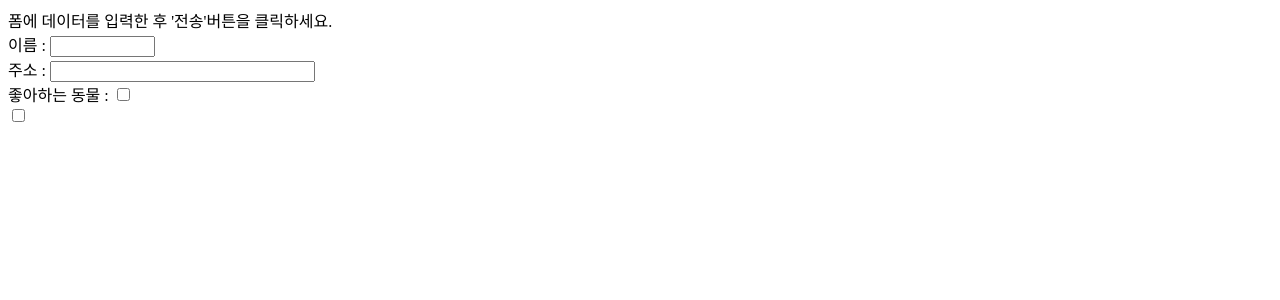
Repository: kr1124/jsp
Page: http://localhost/ServletProject/implicit/reqEx03.jsp
An editor plug-in stored every save of this project. The page is shown before and after the next save, followed by the edit.
The browser window is 1280 px wide. The pictures show the whole page.
The page is served by Tomcat 9. Other server files are loaded and not shown.

Above is the page before, as saved 2024-12-04 05:45:54.

### ServletProject/src/main/webapp/implicit/reqEx03.jsp
<%@ page language="java" contentType="text/html; charset=UTF-8"
    pageEncoding="UTF-8"%>
<!DOCTYPE html>
<html>
	<head>
		<meta charset="UTF-8">
		<title></title>
	</head>
	<body>
		폼에 데이터를 입력한 후 '전송'버튼을 클릭하세요.
		<form action="viewParameter.jsp" method="post" >
			이름 : <input type="text" name="name" size="10"><br>
			주소 : <input type="text" name="address" size="30"><br>
			좋아하는 동물 :
				<input type="checkbox" name="pet" value="cat"><br>
				<input type="checkbox" name="pet" value="dog"><br>
		</form>
	</body>
</html>

After the next save:
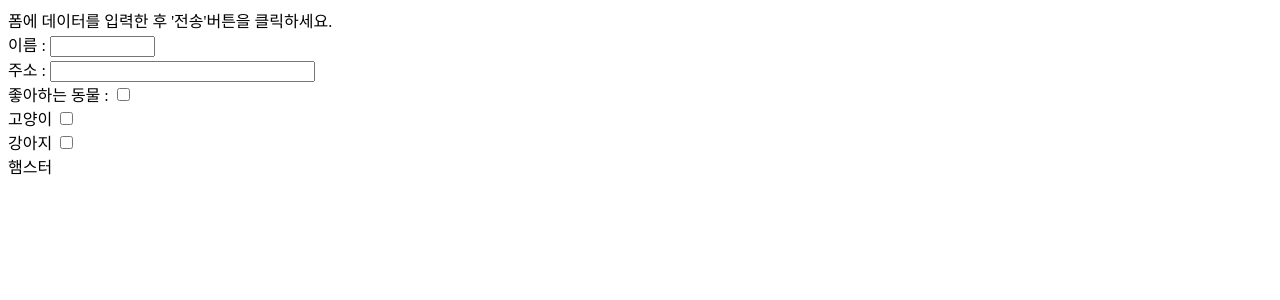
Saved 32 s later.
--- a/ServletProject/src/main/webapp/implicit/reqEx03.jsp
+++ b/ServletProject/src/main/webapp/implicit/reqEx03.jsp
@@ -12,8 +12,9 @@
 			이름 : <input type="text" name="name" size="10"><br>
 			주소 : <input type="text" name="address" size="30"><br>
 			좋아하는 동물 :
-				<input type="checkbox" name="pet" value="cat"><br>
-				<input type="checkbox" name="pet" value="dog"><br>
+				<input type="checkbox" name="pet" value="cat"><br>고양이
+				<input type="checkbox" name="pet" value="dog"><br>강아지
+				<input type="checkbox" name="pet" value="ham"><br>햄스터
 		</form>
 	</body>
 </html>
